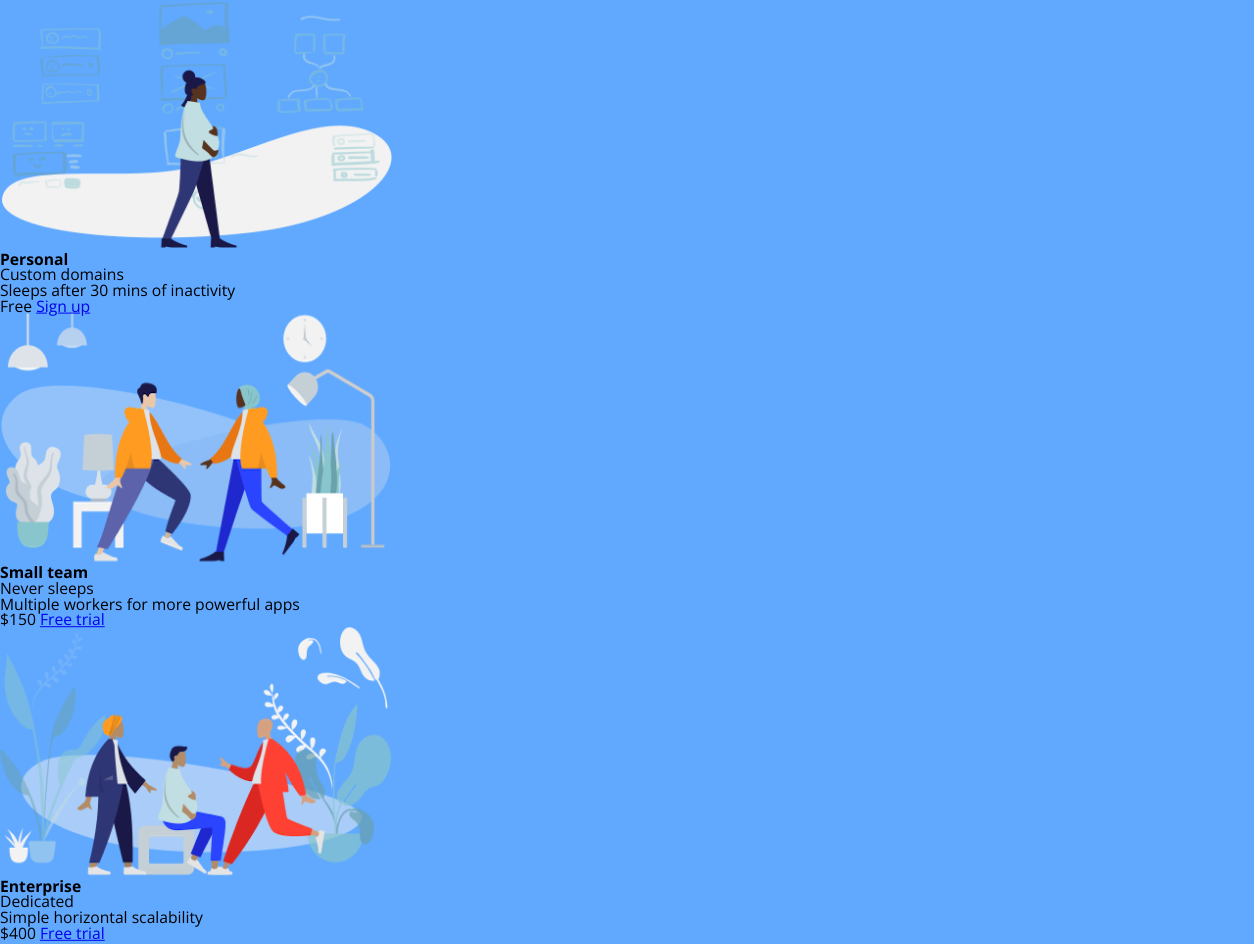
Repository: patrik-fredlund/pricing_panel_udemy
Page: PriceTableStarter/index.html
The author's editor kept a copy of each file at every save. The page is drawn from the files as they stood at one save, then again after the next save.
The browser window is 1280 px wide. The pictures show the whole page, at 98% of full size.

Above is the page before, as saved 2021-06-27 13:08:44.

After the next save:
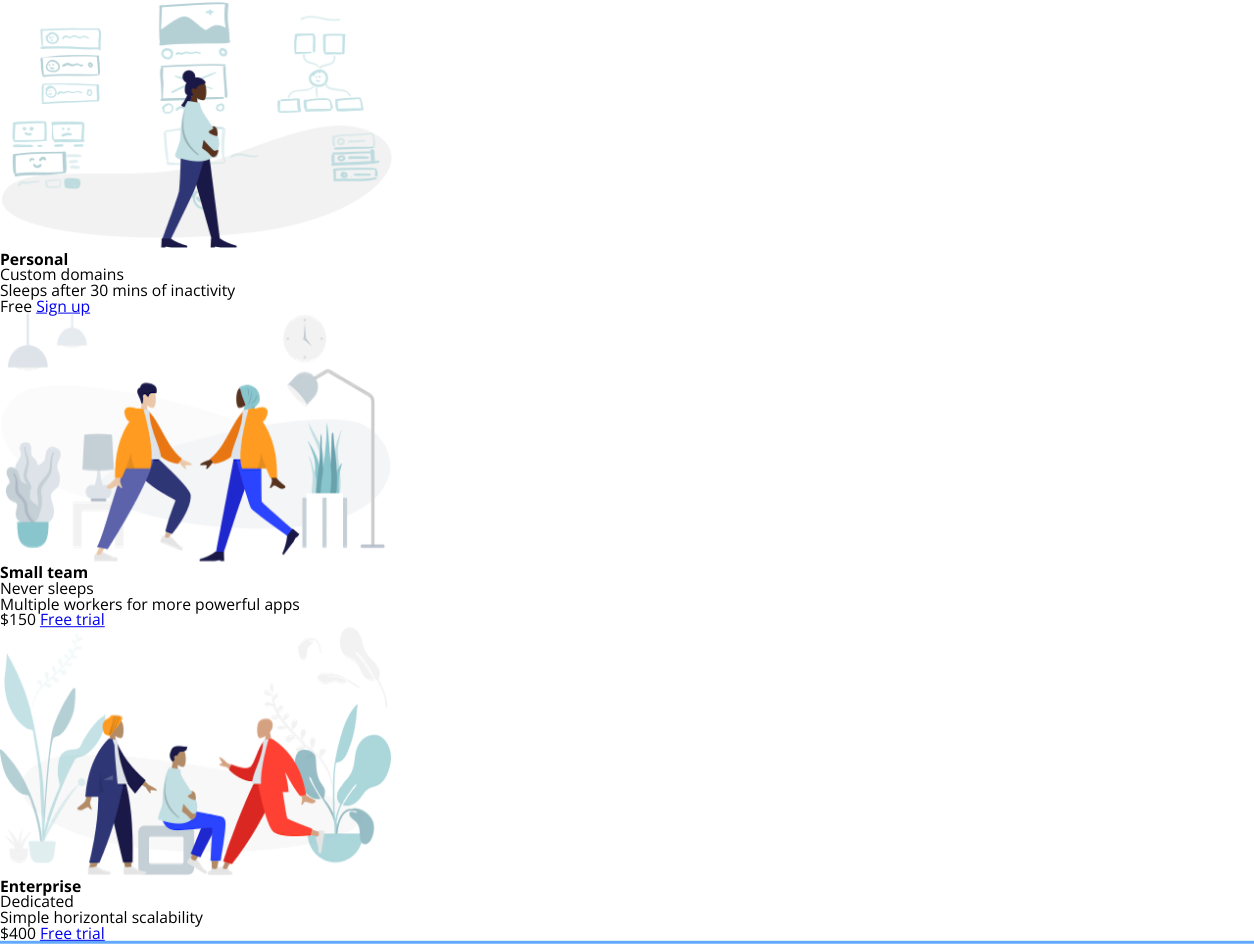
Saved 40 s later.
--- a/PriceTableStarter/app.css
+++ b/PriceTableStarter/app.css
@@ -69,3 +69,7 @@ html {
 body {
     background-color: #60a9ff;
 }
+
+.panel {
+    background-color: white;
+}
